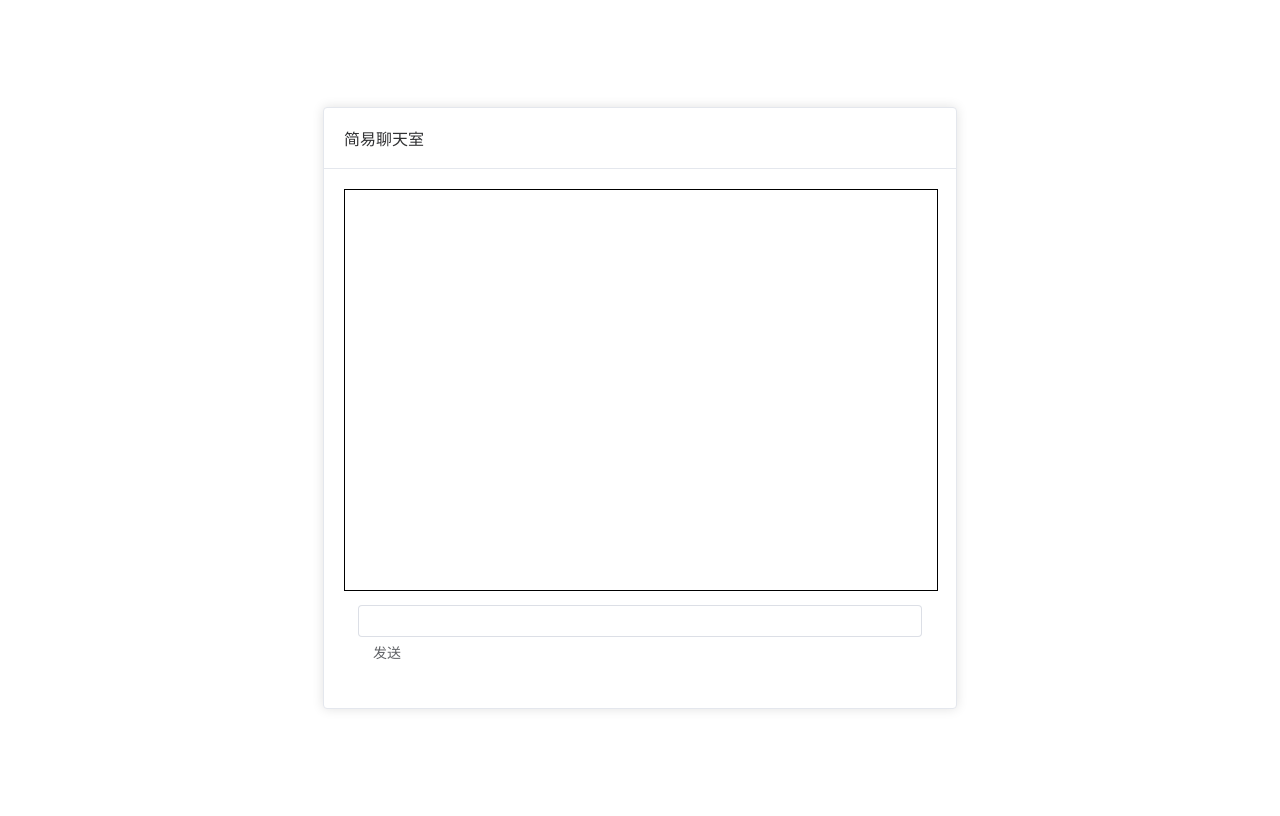
Repository: qs991/Elephant
Page: / (app in WebSocketApI/Web/websocketroom/)
The author's editor kept a copy of each file at every save. The page is drawn from the files as they stood at one save, then again after the next save.
The browser window is 1280 px wide. The pictures show the whole page.
The page's requests for data from a server got no answer. The project was rebuilt for these pictures with package versions that can differ from the ones it lists, and the page was loaded fresh each time. No one was signed in, and anything a server would have sent is missing. Also part of the build but not shown: WebSocketApI/Web/websocketroom/vite.config.js.

Above is the page before, as saved 2023-08-25 15:33:59.

After the next save:
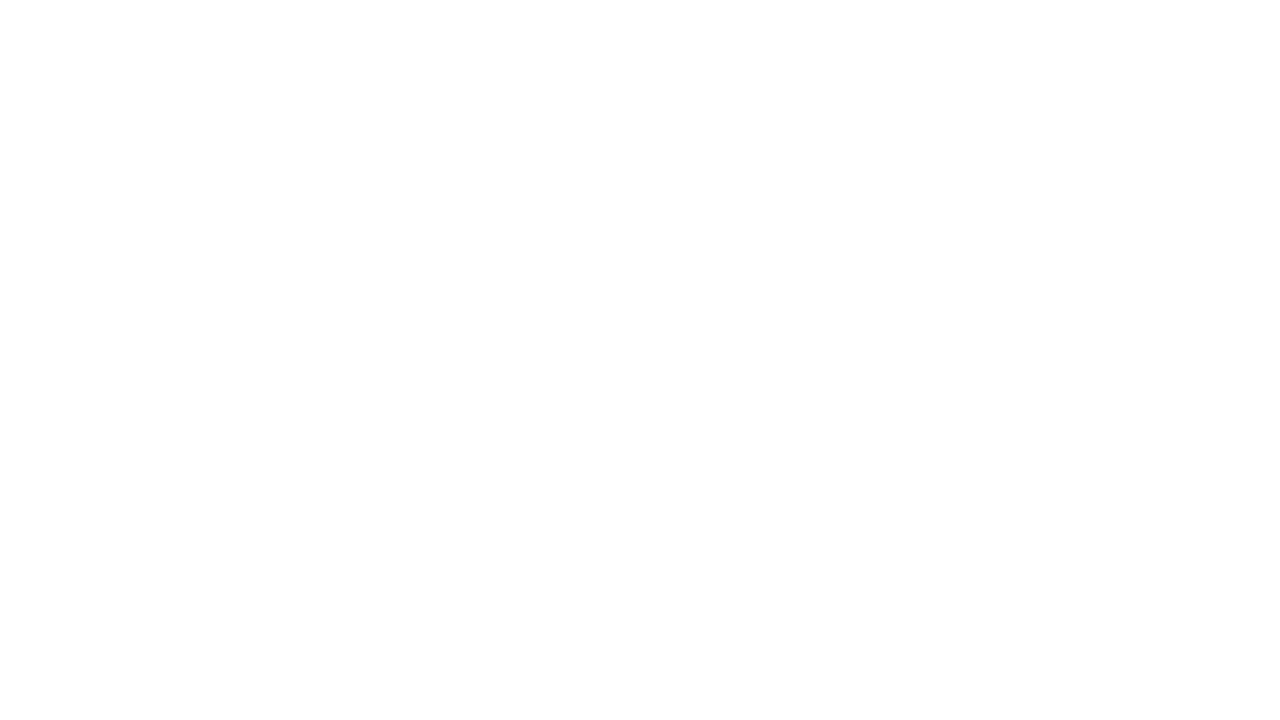
Console error: ReferenceError: consr is not defined
Saved 5 s later.
--- a/WebSocketApI/Web/websocketroom/src/App.vue
+++ b/WebSocketApI/Web/websocketroom/src/App.vue
@@ -18,7 +18,7 @@
 </template>
 <script setup>
 const server = "ws://localhost:5137";
-
+consr
 </script>
 <style>
 .text {

After the 2 saves that followed:
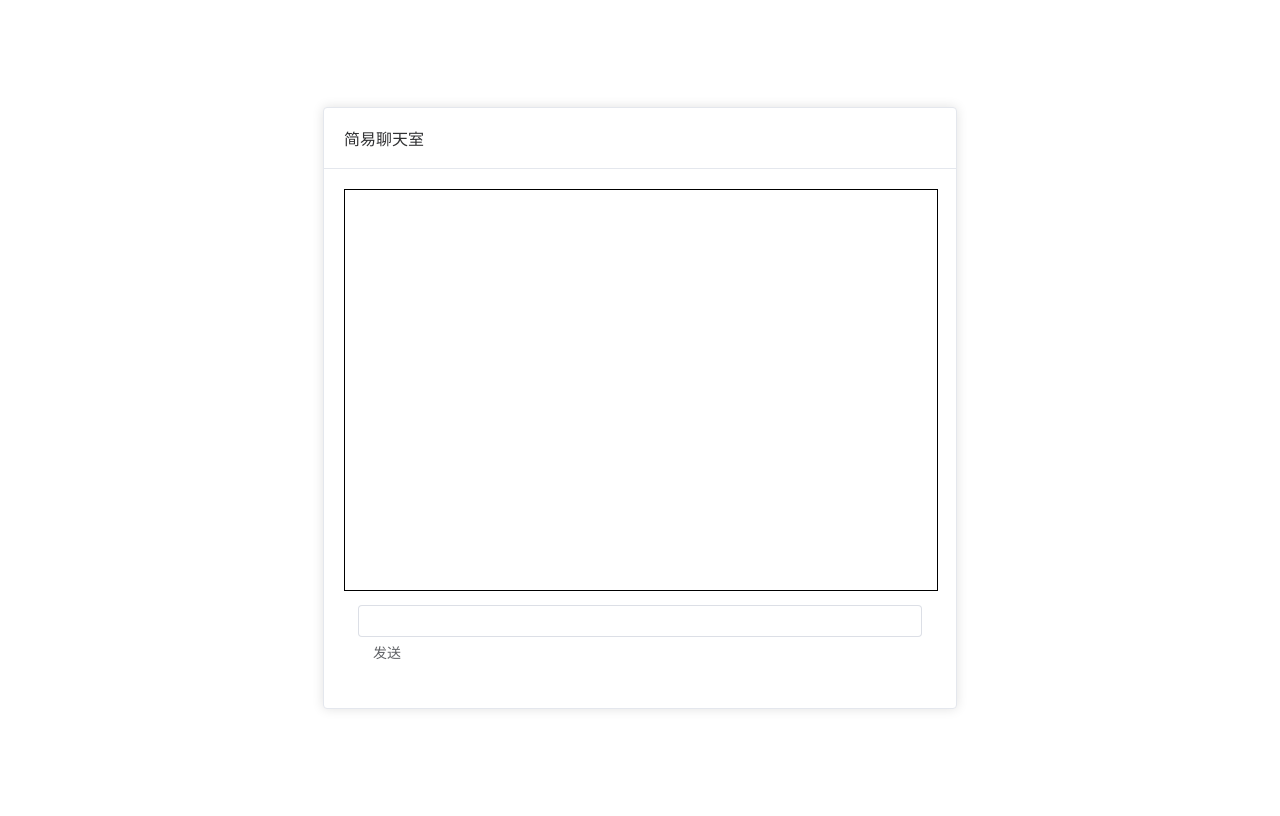
The error is gone.
The 2 saves are shown as one change because 1 did not build or start.
The last was saved 11 s later.
--- a/WebSocketApI/Web/websocketroom/src/App.vue
+++ b/WebSocketApI/Web/websocketroom/src/App.vue
@@ -18,7 +18,7 @@
 </template>
 <script setup>
 const server = "ws://localhost:5137";
-consr
+const WEB_SOCKET = new WebSocket(server + "/ws");
 </script>
 <style>
 .text {
